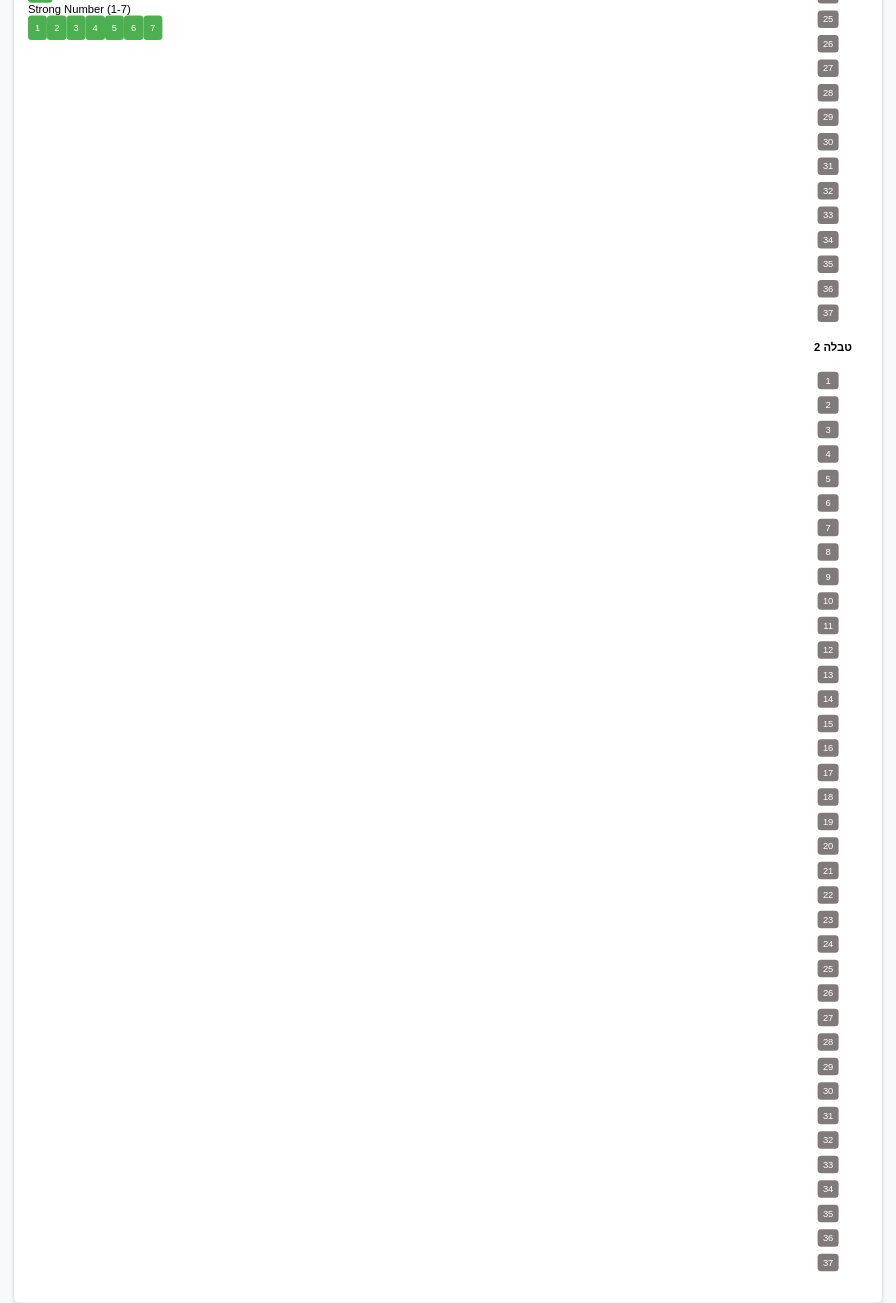
Repository: Giltih/LottoForm1
Page: /
The author's editor kept a copy of each file at every save. The page is drawn from the files as they stood at one save, then again after the next save.
The browser window is 1280 px wide. The pictures show the whole page, at 70% of full size.
The project was rebuilt for these pictures with package versions that can differ from the ones it lists, and the page was loaded fresh each time. Also part of the build but not shown: vite.config.ts.

Above is the page before, as saved 2025-02-09 20:55:22.

### src/index.css

body {
  font-family: Arial, sans-serif;
  background-color: #f4f4f9;
  margin: 0;
  padding: 0;
}

h1, h2 {
  color: #333;
}

button {
  background-color: #4CAF50;
  color: white;
  border: none;
  border-radius: 5px;
  padding: 10px;
  cursor: pointer;
}

button:hover {
  background-color: #45a049;
}

### src/App.tsx
import React, { useState } from 'react';
import Header from './components/Header';
import LotteryAmountSelector from './components/LotteryAmountSelector';
import ExtraOption from './components/ExtraOption';
import StrongNumberSelector from './components/StrongNumberSelector';
import LottoForm from './components/LottoForm';
import PriceSummary from './components/PriceSummary';
import './App.css';
import LotteryInterface from './components/LottoInterface';

const App: React.FC = () => {
  const tableCount = 2;
  // const [tableCount, setTableCount] = useState(2);
  const [draws, setDraws] = useState(1);
  const [isExtraSelected, setIsExtraSelected] = useState(false);
  const [strongNumber, setStrongNumber] = useState<number>(0);
  const [selectedNumbers, setSelectedNumbers] = useState<number[][]>(
    Array(14).fill([])
  );

  const handleNumberSelect = (tableIndex: number, number: number) => {
    const newSelectedNumbers = [...selectedNumbers];
    const tableNumbers = newSelectedNumbers[tableIndex] || [];

    if (tableNumbers.includes(number)) {
      newSelectedNumbers[tableIndex] = tableNumbers.filter((num) => num !== number);
    } else if (tableNumbers.length < 6) {
      newSelectedNumbers[tableIndex] = [...tableNumbers, number];
    }

    setSelectedNumbers(newSelectedNumbers);
  };

  return (
    <div className="app-container">
      <Header />
      <div className="main-content">
<LotteryInterface />
        <div className="left-section">
          <LotteryAmountSelector selectedDraws={draws} onChange={setDraws} />
          <ExtraOption isSelected={isExtraSelected} onChange={setIsExtraSelected} />
          <StrongNumberSelector selectedStrongNumber={strongNumber} onStrongNumberSelect={setStrongNumber} />
          <PriceSummary tables={tableCount} draws={draws} isExtraSelected={isExtraSelected} />
        </div>
        <div className='middle-section'>vibe</div>
        <div className="right-section">
          <LottoForm
            tableCount={tableCount}
            selectedNumbers={selectedNumbers}
            onNumberSelect={handleNumberSelect}
          />
        </div>
      </div>
    </div>
  );
};

export default App;

### src/components/Header.tsx
import React from 'react';

const Header: React.FC = () => {
  return (
    <header style={{ backgroundColor: '#d32f2f', color: '#fff', padding: '10px', textAlign: 'center' }}>
      <h1>לוטו - הגרלה שבועית</h1>
      <p>בשישי עד: <span style={{ fontWeight: 'bold' }}>80,000,000 ₪</span></p>
      <p>זמן לסגירת ההגרלה: 03:45:17</p>
    </header>
  );
};

export default Header;

### src/components/LotteryAmountSelector.tsx
import React from 'react';

interface Props {
  selectedDraws: number;
  onChange: (count: number) => void;
}

const LotteryAmountSelector: React.FC<Props> = ({ selectedDraws, onChange }) => {
  const options = [1, 2, 4, 8];

  return (
    <div>
      <h3>מספר הגרלות</h3>
      {options.map((count) => (
        <label key={count} style={{ marginRight: '10px' }}>
          <input
            type="radio"
            value={count}
            checked={selectedDraws === count}
            onChange={() => onChange(count)}
          />
          {count}
        </label>
      ))}
    </div>
  );
};

export default LotteryAmountSelector;

### src/components/ExtraOption.tsx
import React from 'react';

interface Props {
  isSelected: boolean;
  onChange: (selected: boolean) => void;
}

const ExtraOption: React.FC<Props> = ({ isSelected, onChange }) => {
  return (
    <div>
      <h3>Extra</h3>
      <label>
        <input type="checkbox" checked={isSelected} onChange={(e) => onChange(e.target.checked)} />
        תוספת EXTRA
      </label>
    </div>
  );
};

export default ExtraOption;

### src/components/StrongNumberSelector.tsx
import React from 'react';

interface StrongNumberSelectorProps {
  onStrongNumberSelect: (number: number) => void;
  selectedStrongNumber: number ;
}

const StrongNumberSelector: React.FC<StrongNumberSelectorProps> = ({ onStrongNumberSelect, selectedStrongNumber }) => {
  return (
    <div>
      <h3>בחר מספר חזק (1-7):</h3>
      <div style={{ display: 'grid', gridTemplateColumns: 'repeat(7, 1fr)', gap: '10px' }}>
        {Array.from({ length: 7 }, (_, i) => i + 1).map((num) => (
          <button
            key={num}
            style={{
              padding: '10px',
              backgroundColor: selectedStrongNumber === num ? '#ff9800' : '#f1f1f1',
              border: '1px solid #ccc',
              borderRadius: '4px',
            }}
            onClick={() => onStrongNumberSelect(num)}
          >
            {num}
          </button>
        ))}
      </div>
    </div>
  );
};

export default StrongNumberSelector;

### src/components/LottoForm.tsx
import React from 'react';

interface Props {
  tableCount: number;
  selectedNumbers: number[][];
  onNumberSelect: (tableIndex: number, number: number) => void;
}

const LottoForm: React.FC<Props> = ({ tableCount, selectedNumbers, onNumberSelect }) => {
  const numbers = Array.from({length: 37}, (_, i) => i + 1)

  return (
    <div>
      <h3>טבלאות לוטו</h3>
      {Array.from({ length: tableCount }, (_, tableIndex) => (
        <div key={tableIndex} style={{ marginBottom: '20px' }}>
          <h4>טבלה {tableIndex + 1}</h4>
          <div className='numbersGrid'>
            {numbers.map((number) => (
              <button
                key={number}
                className = {selectedNumbers[tableIndex]?.includes(number)
                ? 'selected'
                : ''}
                onClick={() => onNumberSelect(tableIndex, number)}
              >
                {number}
              </button>
            ))}
          </div>
        </div>
      ))}
    </div>
  );
};

export default LottoForm;

### src/components/PriceSummary.tsx
import React from 'react';

interface Props {
  tables: number;
  draws: number;
  isExtraSelected: boolean;
}

const PriceSummary: React.FC<Props> = ({ tables, draws, isExtraSelected }) => {
  const pricePerTable = 5.9;
  const extraPrice = isExtraSelected ? 2.0 : 0.0;
  const totalPrice = (tables * pricePerTable + extraPrice) * draws;

  return (
    <div>
      <h3>סיכום מחיר</h3>
      <p>טבלאות: {tables}</p>
      <p>הגרלות: {draws}</p>
      <p>EXTRA: {isExtraSelected ? 'כן' : 'לא'}</p>
      <p style={{ fontWeight: 'bold' }}>לתשלום: {totalPrice.toFixed(2)} ₪</p>
    </div>
  );
};

export default PriceSummary;

### src/App.css
body {
  font-family: Arial, sans-serif;
  background-color: #f8f9fa;
  margin: 0;
  padding: 0;
  display: flex;
  justify-content: center;
  align-items: center;
  height: 100vh;
}

.app-container {
  max-width: 1200px;
  width: 100%;
  background-color: #ffffff;
  border: 1px solid #ddd;
  border-radius: 8px;
  padding: 20px;
  box-shadow: 0 4px 6px rgba(0, 0, 0, 0.1);
}

.main-content {
  display: flex;
  justify-content: space-between;
}

.left-section,
.right-section {
  flex: 1;
  margin: 0 10px;
}

button {
  border: none;
  cursor: pointer;
  transition: background-color 0.3s;
}

button:hover {
  background-color: #b3e5fc;
}

.numbersGrid {
  display: 'grid';
  grid-template-columns: 'repeat(9, 1fr)';
  gap: '5px' ;
}

.numbersGrid button {
  padding: 5px;
  margin: 5px;
  background-color: #817a7a;
  min-width:30px;

}

.numbersGrid button.selected {
  background-color: #487184;
}

### src/components/LottoInterface.tsx
import React, { useState } from 'react';
import { Trash2, HelpCircle, ChevronLeft, ChevronRight } from 'lucide-react';

interface LotteryTable {
  regular: (number | null)[];
  strong: number | null;
}

const LotteryInterface: React.FC = () => {
  const [selectedTable, setSelectedTable] = useState<number>(1);
  const [tables, setTables] = useState<LotteryTable[]>(
    Array.from({ length: 14 }, () => ({
      regular: Array(6).fill(null) as (number | null)[],
      strong: null,
    }))
  );
  const [selectedRaffles, setSelectedRaffles] = useState<number>(1);

  const BASE_PRICE = 11.90;

  const calculateTotalPrice = (raffles: number): string => {
    return (BASE_PRICE * raffles).toFixed(2);
  };

  const handleRaffleSelection = (count: number): void => {
    setSelectedRaffles(count);
  };

  const isNumberSelected = (
    tableIndex: number,
    num: number,
    isStrong: boolean = false
  ): boolean => {
    const table = tables[tableIndex];
    if (isStrong) {
      return table.strong === num;
    }
    return table.regular.includes(num);
  };

  const handleNumberSelection = (
    tableIndex: number,
    num: number,
    isStrong: boolean = false
  ): void => {
    if (isNumberSelected(tableIndex, num, isStrong)) {
      return;
    }

    const newTables = [...tables];
    if (isStrong) {
      newTables[tableIndex].strong = num;
    } else {
      const regularNumbers = newTables[tableIndex].regular;
      const firstEmpty = regularNumbers.indexOf(null);
      if (firstEmpty !== -1) {
        regularNumbers[firstEmpty] = num;
      }
    }
    setTables(newTables);
  };

  const clearTableRow = (tableIndex: number): void => {
    const newTables = [...tables];
    newTables[tableIndex] = {
      regular: Array(6).fill(null) as (number | null)[],
      strong: null,
    };
    setTables(newTables);
  };

  const LeftColumn: React.FC = () => (
    <div className="p-4 h-full bg-gradient-to-br from-blue-50 to-blue-100">
      <div className="space-y-4">
        <div className="bg-white p-4 rounded-lg shadow-md">
          <div className="flex justify-between items-center mb-2">
            <span className="font-medium">Number of Raffles</span>
            <HelpCircle className="w-5 h-5 text-blue-500" />
          </div>
          <div className="grid grid-cols-4 gap-2">
            {[8, 4, 2, 1].map((num) => (
              <button
                key={num}
                onClick={() => handleRaffleSelection(num)}
                className={`p-2 rounded-lg shadow-md transition-all ${
                  selectedRaffles === num
                    ? 'bg-gradient-to-r from-blue-600 to-blue-700 text-white'
                    : 'bg-gradient-to-r from-blue-400 to-blue-500 text-white hover:from-blue-500 hover:to-blue-600'
                }`}
              >
                {num}
              </button>
            ))}
          </div>
        </div>

        <div className="bg-white p-4 rounded-lg shadow-md">
          <div className="flex justify-between items-center">
            <span>Extra Option</span>
            <HelpCircle className="w-5 h-5 text-blue-500" />
          </div>
        </div>

        <div className="mt-auto">
          <div className="space-y-2 bg-white p-4 rounded-lg shadow-md">
            <div className="flex justify-between font-medium">
              <span>Raffles:</span>
              <span>{selectedRaffles}</span>
            </div>
            <div className="flex justify-between text-lg font-bold text-blue-700">
              <span>Total:</span>
              <span>₪{calculateTotalPrice(selectedRaffles)}</span>
            </div>
          </div>
          <button className="w-full mt-4 bg-gradient-to-r from-green-500 to-green-600 text-white p-3 rounded-lg shadow-md hover:from-green-600 hover:to-green-700 transition-all font-medium">
            Submit Form
          </button>
        </div>
      </div>
    </div>
  );

  const MiddleColumn: React.FC = () => (
    <div className="p-4 h-full bg-gradient-to-br from-gray-50 to-gray-100">
      <div className="space-y-2">
        {tables.map((table, tableIndex) => (
          <div
            key={tableIndex}
            className={`p-2 rounded-lg cursor-pointer transition-all ${
              selectedTable === tableIndex + 1
                ? 'border-2 border-blue-500 bg-white shadow-lg'
                : 'border border-gray-200 bg-white shadow hover:border-blue-300'
            }`}
            onClick={() => setSelectedTable(tableIndex + 1)}
          >
            <div className="flex items-center space-x-2">
              <span className="w-6 font-medium text-blue-600">
                {tableIndex + 1}
              </span>
              <div className="flex-1 grid grid-cols-7 gap-2">
                {table.regular.map((num, i) => (
                  <div
                    key={i}
                    className="w-8 h-8 border rounded-lg flex items-center justify-center bg-gradient-to-br from-blue-50 to-blue-100 font-medium text-blue-700"
                  >
                    {num}
                  </div>
                ))}
                <div className="w-8 h-8 border rounded-lg flex items-center justify-center bg-gradient-to-br from-yellow-50 to-yellow-100 font-medium text-yellow-700">
                  {table.strong}
                </div>
              </div>
              <Trash2
                className="w-5 h-5 text-gray-400 cursor-pointer hover:text-red-500 transition-colors"
                onClick={(e) => {
                  e.stopPropagation();
                  clearTableRow(tableIndex);
                }}
              />
            </div>
          </div>
        ))}
      </div>
    </div>
  );

  const RightColumn: React.FC = () => {
    const regularNumbers: number[] = Array.from({ length: 47 }, (_, i) => i + 1);
    const strongNumbers: number[] = Array.from({ length: 7 }, (_, i) => i + 1);

    const getNumberButtonClass = (
      number: number,
      isStrong: boolean = false
    ): string => {
      const baseClass =
        'w-8 h-8 text-sm rounded-lg shadow transition-all font-medium ';
      const isSelected = isNumberSelected(selectedTable - 1, number, isStrong);

      if (isStrong) {
        return (
          baseClass +
          (isSelected
            ? 'bg-yellow-500 text-white cursor-not-allowed'
            : 'bg-gradient-to-br from-yellow-50 to-yellow-100 hover:from-yellow-100 hover:to-yellow-200 text-yellow-700')
        );
      }

      return (
        baseClass +
        (isSelected
          ? 'bg-blue-500 text-white cursor-not-allowed'
          : 'bg-gradient-to-br from-blue-50 to-blue-100 hover:from-blue-100 hover:to-blue-200 text-blue-700')
      );
    };

    return (
      <div className="p-4 h-full bg-gradient-to-br from-gray-50 to-gray-100">
        <div className="space-y-4">
          <div className="flex justify-between items-center">
            <span className="font-medium text-blue-700">
              Regular Numbers (1-47)
            </span>
            <div className="flex space-x-2">
              <ChevronLeft className="w-5 h-5 text-blue-500" />
              <ChevronRight className="w-5 h-5 text-blue-500" />
            </div>
          </div>

          <div className="grid grid-cols-7 gap-2">
            {regularNumbers.map((num) => (
              <button
                key={num}
                className={getNumberButtonClass(num)}
                onClick={() => handleNumberSelection(selectedTable - 1, num)}
                disabled={isNumberSelected(selectedTable - 1, num)}
              >
                {num}
              </button>
            ))}
          </div>

          <div className="mt-8">
            <span className="font-medium text-yellow-700">
              Strong Number (1-7)
            </span>
            <div className="grid grid-cols-7 gap-2 mt-2">
              {strongNumbers.map((num) => (
                <button
                  key={num}
                  className={getNumberButtonClass(num, true)}
                  onClick={() =>
                    handleNumberSelection(selectedTable - 1, num, true)
                  }
                  disabled={isNumberSelected(selectedTable - 1, num, true)}
                >
                  {num}
                </button>
              ))}
            </div>
          </div>
        </div>
      </div>
    );
  };

  return (
    <div className="grid grid-cols-3 gap-4 p-4">
      <LeftColumn />
      <MiddleColumn />
      <RightColumn />
    </div>
  );
};

export default LotteryInterface;

Loaded but not shown: index.html (common file); src/main.tsx (common file)

After the next save:
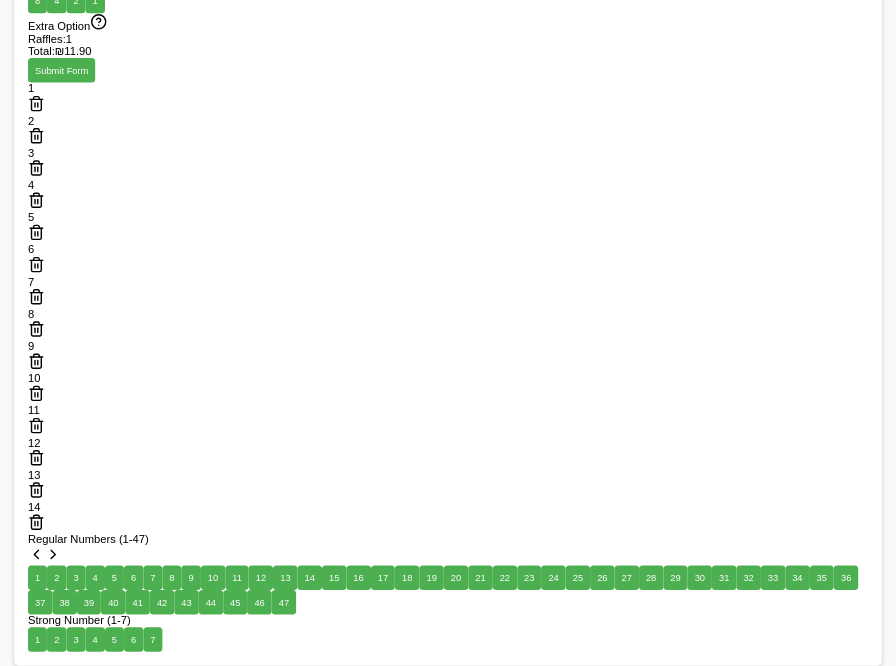
Saved 45 s later.
--- a/src/App.tsx
+++ b/src/App.tsx
@@ -36,7 +36,7 @@ const App: React.FC = () => {
       <Header />
       <div className="main-content">
 <LotteryInterface />
-        <div className="left-section">
+        {/* <div className="left-section">
           <LotteryAmountSelector selectedDraws={draws} onChange={setDraws} />
           <ExtraOption isSelected={isExtraSelected} onChange={setIsExtraSelected} />
           <StrongNumberSelector selectedStrongNumber={strongNumber} onStrongNumberSelect={setStrongNumber} />
@@ -49,7 +49,7 @@ const App: React.FC = () => {
             selectedNumbers={selectedNumbers}
             onNumberSelect={handleNumberSelect}
           />
-        </div>
+        </div> */}
       </div>
     </div>
   );
